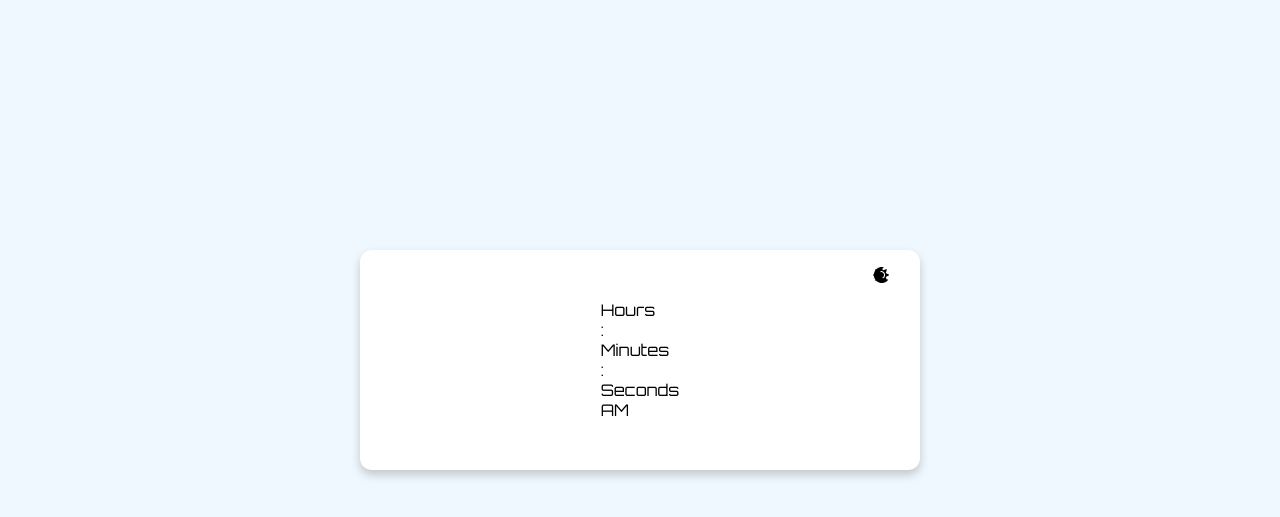
Repository: Seva2705/Clock
Page: index.html
An editor plug-in stored every save of this project. The page is shown before and after a run of saves, followed by the edit.
The browser window is 1280 px wide. The pictures show the whole page.

Above is the page before, as saved 2023-08-06 19:34:51.

After the next 8 saves:
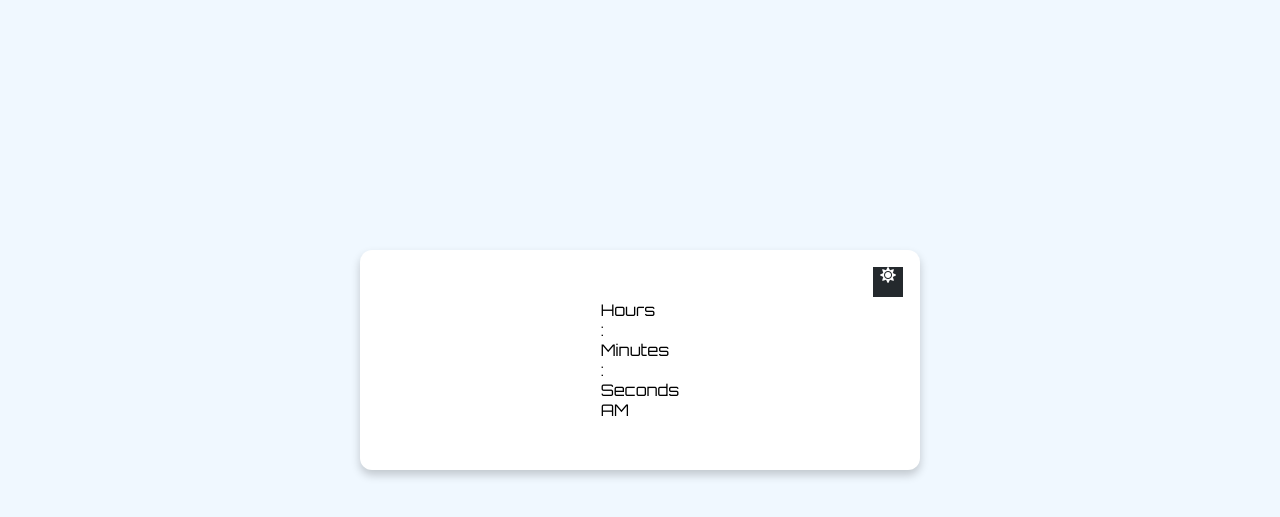
The 8 saves are shown as one change because they came seconds apart.
The last was saved 20 s later.
--- a/style.css
+++ b/style.css
@@ -46,5 +46,8 @@ section .container .icons i {
     top: 17px;
     height: 30px;
     width: 30px;
-    background: ;
+    background: #24292D;
+    color: #fff;
+    text-align: center;
+    lin
 }
